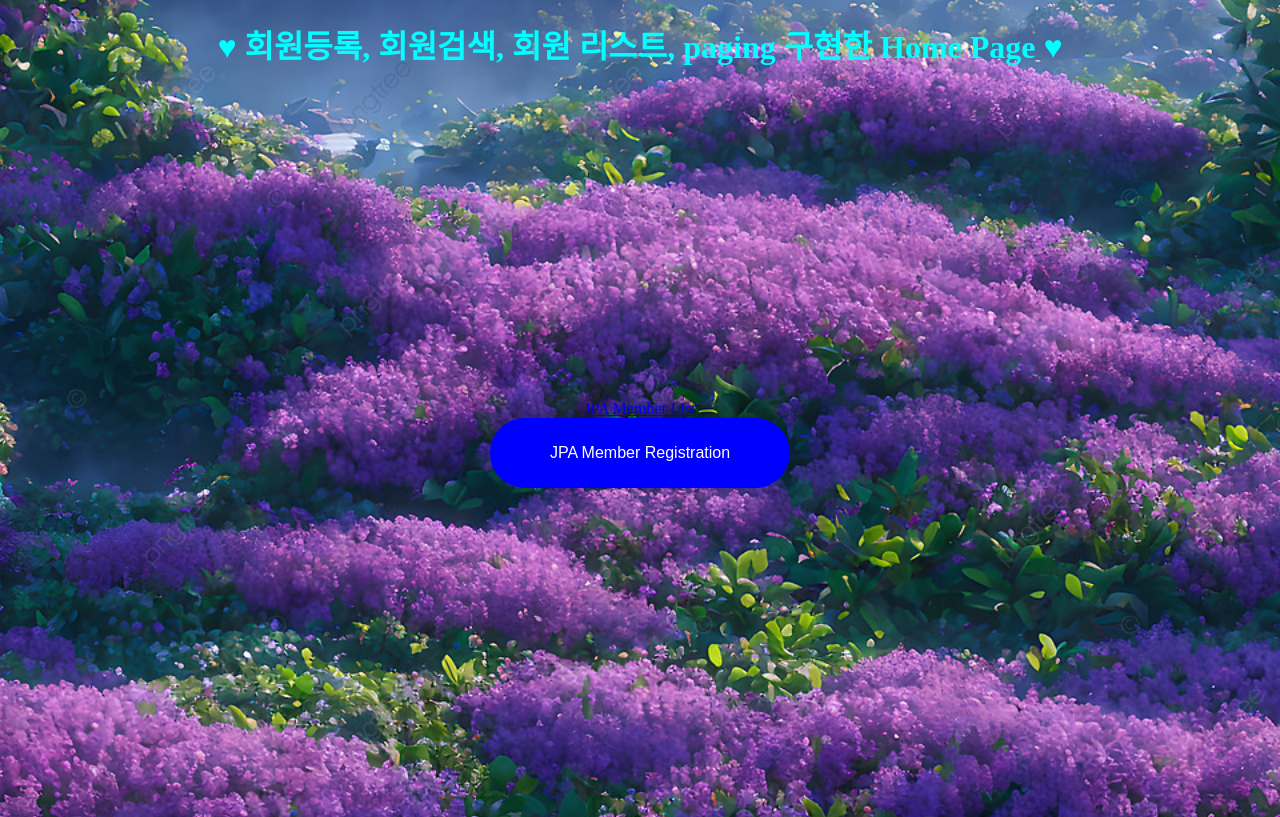
Repository: leejinwon-bite/Gseek-jpa-education
Page: http://localhost/thymeleaf/index
An editor plug-in stored every save of this project. The page is shown before and after the next save, followed by the edit.
The browser window is 1280 px wide. The pictures show the whole page.
The page is this project's Thymeleaf template; nobody is signed in. The template is opened directly, without the code that normally fills it, so the values that code supplies are empty.

Above is the page before, as saved 2025-02-17 23:20:32.

After the next save:
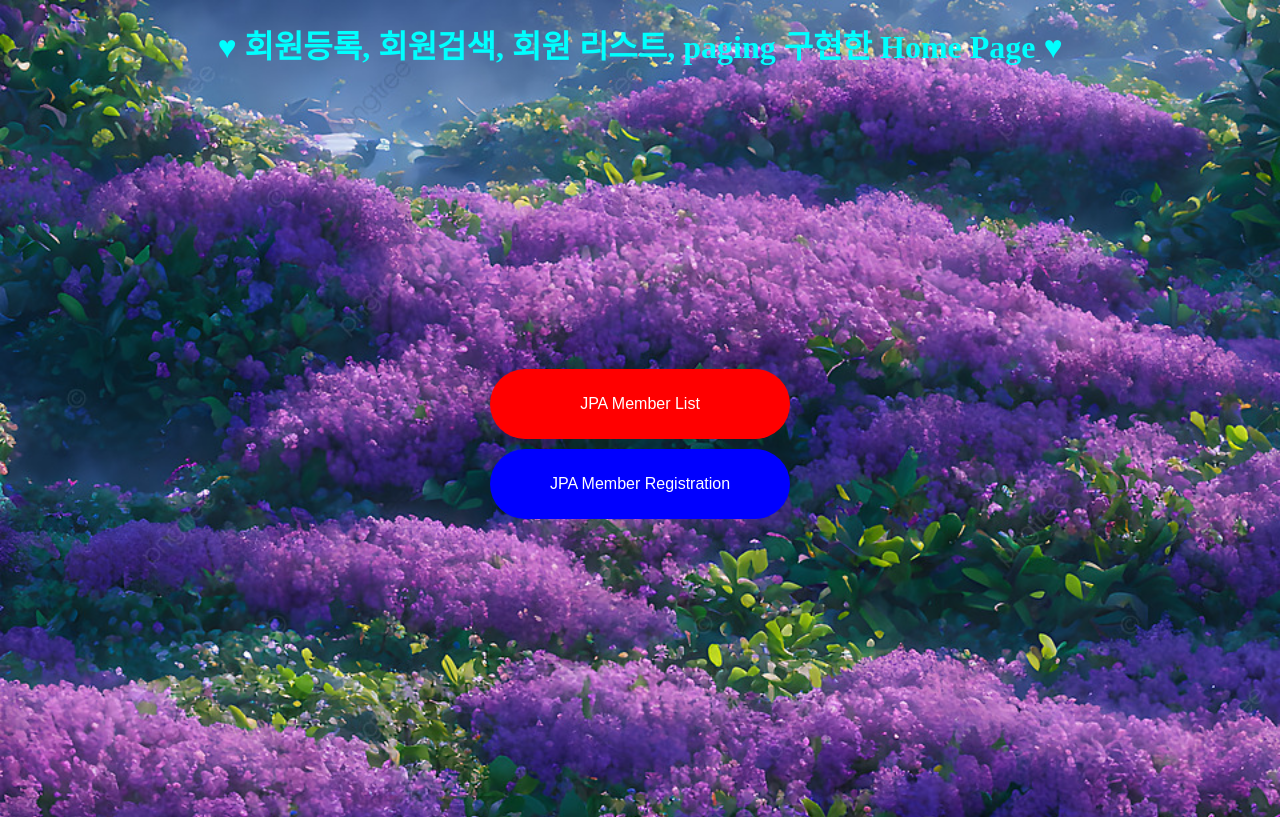
Saved 20 s later.
--- a/jpamember/src/main/resources/templates/thymeleaf/index.html
+++ b/jpamember/src/main/resources/templates/thymeleaf/index.html
@@ -56,8 +56,8 @@
   <div>
     <!-- <button th:onclick="'location.href=\'' + @{jpa/memberList(page=0, size=#{paging.size} )} + '\';'"> -->
 
-    <a th:href="@{jpa/memberList(page=0, size=20)}">
-    JPA Member List</a>
+    <button th:onclick="'location.href=\'' + @{jpa/memberList(page=0, size=20)} + '\';'">
+    JPA Member List</button>
     <button onClick="location.href='/jpa/memberWriteForm';">JPA Member Registration</button>
   </div>
 </body>
